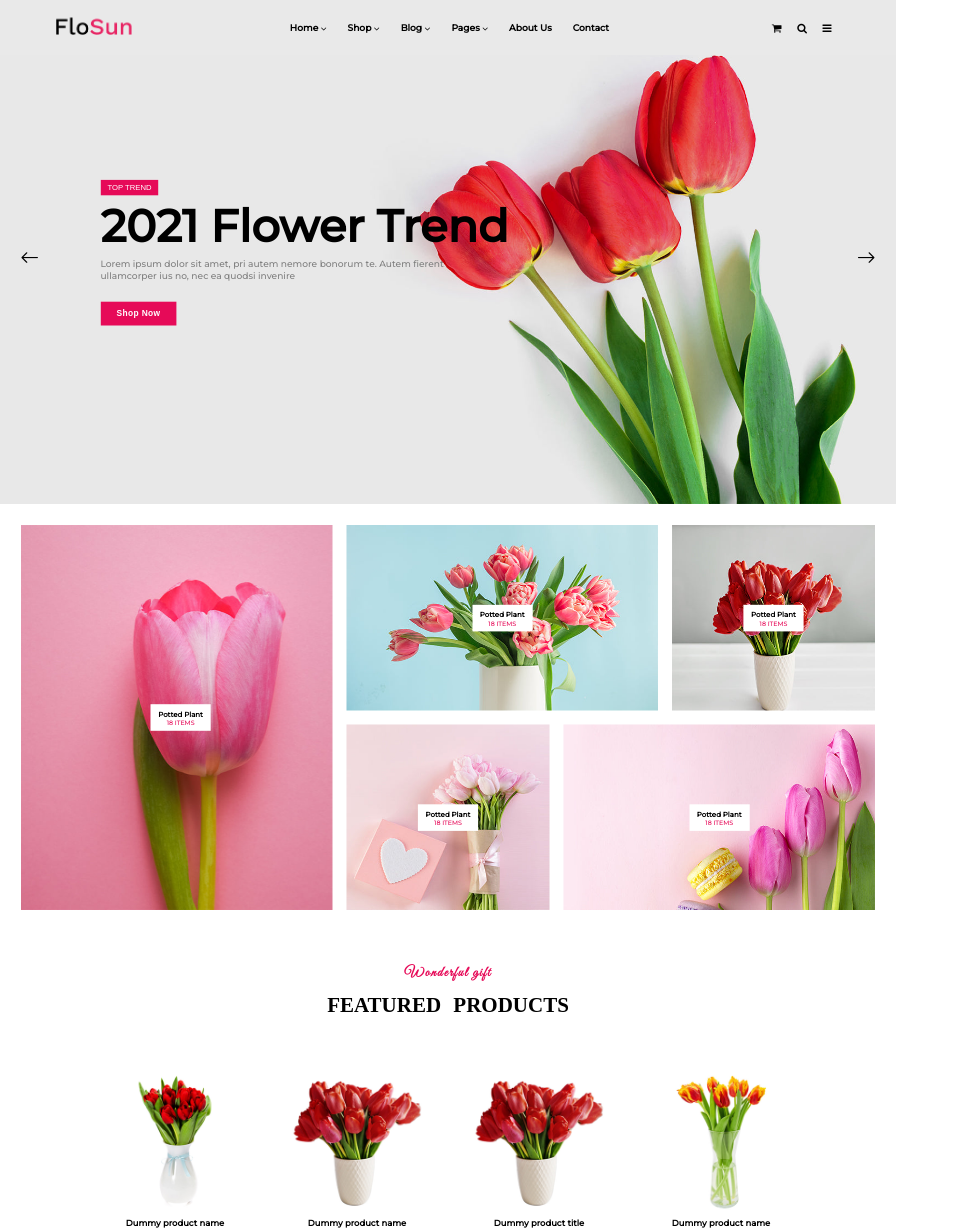
Repository: Yosva36/Front-End-Training
Page: Flower/flowers.html
The author's editor kept a copy of each file at every save. The page is drawn from the files as they stood at one save, then again after the next save.
The browser window is 1280 px wide. The page is 1280 px wide, then 1370 px, so the pictures cover 1370 px, including what lies to the right of the window. The pictures show the part of the page from y = 0 to 1760 px (the page is 6139 px tall), at 70% of full size.
Some web fonts or font styles are not loaded; a fallback is used. Some web libraries are served in a nearby version.

Above is the page before, as saved 2022-11-21 11:17:37.

### Flower/flowers.html
<!DOCTYPE html>
<html lang="en">
  <head>
    <meta charset="UTF-8" />
    <meta http-equiv="X-UA-Compatible" content="IE=edge" />
    <meta name="viewport" content="width=device-width, initial-scale=1.0" />
    <title>Flower</title>
    <link rel="stylesheet" href="flowers.css" />
    <link
      rel="stylesheet"
      href="https://cdnjs.cloudflare.com/ajax/libs/font-awesome/4.7.0/css/font-awesome.min.css"
    />
    <link rel="preconnect" href="https://fonts.googleapis.com" />
    <link rel="preconnect" href="https://fonts.gstatic.com" crossorigin />
    <link
      href="https://fonts.googleapis.com/css2?family=Great+Vibes&family=Josefin+Slab:wght@600&family=Montserrat:wght@500&family=Roboto&family=Slabo+27px&display=swap"
      rel="stylesheet"
    />
    <link
      rel="stylesheet"
      href="https://cdn.jsdelivr.net/npm/bootstrap-icons@1.3.0/font/bootstrap-icons.css"
    />
  </head>
  <body>
    <div class="container">
      <nav class="nav-bar">
        <div class="logo">
          <img src="/Flower/images/flosun.png" alt="logo" />
        </div>
        <div class="list-items">
          <ul class="list-of-sections">
            <li>
              Home
              <i class="fa fa-angle-down" aria-hidden="true"></i>
            </li>
            <li>
              Shop
              <i class="fa fa-angle-down" aria-hidden="true"></i>
            </li>
            <li>
              Blog
              <i class="fa fa-angle-down" aria-hidden="true"></i>
            </li>
            <li>
              Pages
              <i class="fa fa-angle-down" aria-hidden="true"></i>
            </li>
            <li>About Us</li>
            <li>Contact</li>
          </ul>
        </div>
        <div class="icons">
          <button class="cart">
            <i class="fa fa-shopping-cart" aria-hidden="true"></i>
          </button>
          <button class="search">
            <i class="fa fa-search" aria-hidden="true"></i>
          </button>
          <button class="three-bar">
            <i class="fa fa-bars" aria-hidden="true"></i>
          </button>
        </div>
      </nav>
      <div class="sub-container">
        <div class="home-description">
          <i id="left-arrow" class="bi bi-arrow-left"></i>
          <div class="home-content">
            <button class="top-trend-button">TOP TREND</button>
            <h1 class="home-header">2021 Flower Trend</h1>
            <p>
              Lorem ipsum dolor sit amet, pri autem nemore bonorum te. Autem
              fierent<br />
              ullamcorper ius no, nec ea quodsi invenire
            </p>
            <button class="shop-now-button">Shop Now</button>
          </div>
          <i id="right-arrow" class="bi bi-arrow-right"></i>
        </div>
      </div>
      <div class="flowers">
        <div class="rose-potted-plant">
          <div class="count-one">
            <p class="line-one">Potted Plant</p>
            <p class="line-two">18 ITEMS</p>
          </div>
        </div>
        <div class="flower-one">
          <div class="count-two">
            <p class="line-one">Potted Plant</p>
            <p class="line-two">18 ITEMS</p>
          </div>
        </div>
        <div class="flower-two">
          <div class="count-three">
            <p class="line-one">Potted Plant</p>
            <p class="line-two">18 ITEMS</p>
          </div>
        </div>
        <div class="flower-three">
          <div class="count-four">
            <p class="line-one">Potted Plant</p>
            <p class="line-two">18 ITEMS</p>
          </div>
        </div>
        <div class="flower-four">
          <div class="count-five">
            <p class="line-one">Potted Plant</p>
            <p class="line-two">18 ITEMS</p>
          </div>
        </div>
      </div>
      <div class="featured-products">
        <div class="products-header">
          <h6 class="great-vibes">Wonderful gift</h6>
          <h5 class="slab">FEATURED PRODUCTS</h5>
        </div>
        <div class="pots-one">
          <div class="block">
            <img src="/Flower/images/green-roses.jpg" alt="red-rose" />
            <div class="price">
              <span>Dummy product name</span>
              <div class="ratings">
                <i class="fa fa-star-o" aria-hidden="true"></i>
                <i class="fa fa-star-o" aria-hidden="true"></i>
                <i class="fa fa-star-o" aria-hidden="true"></i>
                <i class="fa fa-star-o" aria-hidden="true"></i>
                <i class="fa fa-star-o" aria-hidden="true"></i>
              </div>
              <span>$79.00</span>
            </div>
          </div>
          <div class="block">
            <img src="/Flower/images/rose-pot.jpg" alt="red-roses-offer" />
            <div class="price">
              <span>Dummy product name</span>
              <div class="ratings">
                <i class="fa fa-star" aria-hidden="true"></i>
                <i class="fa fa-star" aria-hidden="true"></i>
                <i class="fa fa-star" aria-hidden="true"></i>
                <i class="fa fa-star" aria-hidden="true"></i>
                <i class="fa fa-star" aria-hidden="true"></i>
              </div>
              <span>$39.00</span>
              <span class="old-price">$60.00</span>
            </div>
          </div>
          <div class="block">
            <img src="/Flower/images/rose-pot.jpg" alt="red-roses" />
            <div class="price">
              <span>Dummy product title</span>
              <div class="ratings">
                <i class="fa fa-star-o" aria-hidden="true"></i>
                <i class="fa fa-star-o" aria-hidden="true"></i>
                <i class="fa fa-star-o" aria-hidden="true"></i>
                <i class="fa fa-star-o" aria-hidden="true"></i>
                <i class="fa fa-star-o" aria-hidden="true"></i>
              </div>
              <span>$29.00</span>
            </div>
          </div>
          <div class="block">
            <img src="/Flower/images/golden-rose.jpg" alt="red-roses" />
            <div class="price">
              <span>Dummy product name</span>
              <div class="ratings">
                <i class="fa fa-star-o" aria-hidden="true"></i>
                <i class="fa fa-star-o" aria-hidden="true"></i>
                <i class="fa fa-star-o" aria-hidden="true"></i>
                <i class="fa fa-star-o" aria-hidden="true"></i>
                <i class="fa fa-star-o" aria-hidden="true"></i>
              </div>
              <span>$29.00</span>
            </div>
          </div>
        </div>
        <div class="pots-two">
          <div class="block">
            <img src="/Flower/images/white-rose.jpg" alt="red-rose" />
            <div class="price">
              <span>Dummy product name</span>
              <div class="ratings">
                <i class="fa fa-star-o" aria-hidden="true"></i>
                <i class="fa fa-star-o" aria-hidden="true"></i>
                <i class="fa fa-star-o" aria-hidden="true"></i>
                <i class="fa fa-star-o" aria-hidden="true"></i>
                <i class="fa fa-star-o" aria-hidden="true"></i>
              </div>
              <span>$19.00</span>
              <span class="old-price">$29.00</span>
            </div>
          </div>
          <div class="block">
            <img src="/Flower/images/big-pot-rose.jpg" alt="red-roses-offer" />
            <div class="price">
              <span>Dummy text for tittle</span>
              <div class="ratings">
                <i class="fa fa-star-o" aria-hidden="true"></i>
                <i class="fa fa-star-o" aria-hidden="true"></i>
                <i class="fa fa-star-o" aria-hidden="true"></i>
                <i class="fa fa-star-o" aria-hidden="true"></i>
                <i class="fa fa-star-o" aria-hidden="true"></i>
              </div>
              <span>$70.00</span>
              <span class="old-price">$85.00</span>
            </div>
          </div>
          <div class="block">
            <img src="/Flower/images/big-pot-rose.jpg" alt="red-roses" />
            <div class="price">
              <span>Dummy product tittle</span>
              <div class="ratings">
                <i class="fa fa-star-o" aria-hidden="true"></i>
                <i class="fa fa-star-o" aria-hidden="true"></i>
                <i class="fa fa-star-o" aria-hidden="true"></i>
                <i class="fa fa-star-o" aria-hidden="true"></i>
                <i class="fa fa-star-o" aria-hidden="true"></i>
              </div>
              <span>$80.00</span>
            </div>
          </div>
          <div class="block">
            <img src="/Flower/images/roses-with-sun.jpg" alt="red-roses" />
            <div class="price">
              <span>Dummy product name</span>
              <div class="ratings">
                <i class="fa fa-star" aria-hidden="true"></i>
                <i class="fa fa-star" aria-hidden="true"></i>
                <i class="fa fa-star" aria-hidden="true"></i>
                <i class="fa fa-star" aria-hidden="true"></i>
                <i class="fa fa-star" aria-hidden="true"></i>
              </div>
              <span>$80.00</span>
            </div>
          </div>
        </div>
        <div class="three-dots">
          <div class="circle-icon">
            <i class="fa fa-circle" aria-hidden="true"></i>
            <i class="fa fa-circle-o" aria-hidden="true"></i>
            <i class="fa fa-circle-o" aria-hidden="true"></i>
          </div>
        </div>
      </div>
      <div class="deal-of-the-day">
        <div class="deal-image">
          <img
            class="deal-image-background"
            src="/Flower/images/pexels-photo-414660.png  "
            alt="background-deal-of-the-day"
          />
          <div class="dod-header">
            <h4>DEAL OF THE DAY</h4>
            <div class="deadline">
              <span class="number">1134 <sub class="signature">Days</sub></span>
              <span class="colon">:</span>
              <span class="number">00 <sub class="signature">Hours</sub></span>
              <span class="colon">:</span>
              <span class="number">35 <sub class="signature">Min</sub></span>
              <span class="colon">:</span>
              <span class="number">54 <sub class="signature">Sec</sub></span>
            </div>
          </div>
          <div class="three-images">
            <div class="duplicate-images">
              <div class="gift">
                <img src="/Flower/images/big-pot-rose.jpg" alt="red-roses" />
                <span class="sale">-18%</span>
                <span class="sale-label">Sale</span>
                <div class="price">
                  <span>Dummy product tittle</span>
                  <div class="ratings">
                    <i class="fa fa-star-o" aria-hidden="true"></i>
                    <i class="fa fa-star-o" aria-hidden="true"></i>
                    <i class="fa fa-star-o" aria-hidden="true"></i>
                    <i class="fa fa-star-o" aria-hidden="true"></i>
                    <i class="fa fa-star-o" aria-hidden="true"></i>
                  </div>
                  <span>$80.00</span>
                  <span class="old-price">$85.00</span>
                </div>
              </div>
              <div class="gift">
                <img src="/Flower/images/green-roses.jpg" alt="red-roses" />
                <div class="price">
                  <span>Dummy product tittle</span>
                  <div class="ratings">
                    <i class="fa fa-star" aria-hidden="true"></i>
                    <i class="fa fa-star" aria-hidden="true"></i>
                    <i class="fa fa-star" aria-hidden="true"></i>
                    <i class="fa fa-star-o" aria-hidden="true"></i>
                    <i class="fa fa-star-o" aria-hidden="true"></i>
                  </div>
                  <span>$80.00</span>
                </div>
              </div>
              <div class="gift">
                <img src="/Flower/images/rose-pot.jpg" alt="red-roses" />
                <span class="sale">-8%</span>
                <span class="sale-label">Sale</span>
                <div class="price">
                  <span>Dummy product tittle</span>
                  <div class="ratings">
                    <i class="fa fa-star" aria-hidden="true"></i>
                    <i class="fa fa-star" aria-hidden="true"></i>
                    <i class="fa fa-star" aria-hidden="true"></i>
                    <i class="fa fa-star" aria-hidden="true"></i>
                    <i class="fa fa-star" aria-hidden="true"></i>
                  </div>
                  <span>$80.00</span>
                  <span class="old-price">$85.00</span>
                </div>
              </div>
            </div>
          </div>
        </div>
        <div class="five-dots">
          <div class="circle-icon">
            <i class="fa fa-circle" aria-hidden="true"></i>
            <i class="fa fa-circle-o" aria-hidden="true"></i>
            <i class="fa fa-circle-o" aria-hidden="true"></i>
            <i class="fa fa-circle-o" aria-hidden="true"></i>
            <i class="fa fa-circle-o" aria-hidden="true"></i>
            <i class="fa fa-circle-o" aria-hidden="true"></i>
          </div>
        </div>
      </div>
      <div class="history">
        <div class="history-content">
          <p class="story-line">A little Story About me</p>
          <h2>Our History</h2>
          <p class="hulk">
            Captain America:Civil War Christoper Markus and Stephen McFeely
            see<br />
            the Hulk as the game over moment.
          </p>
          <p class="lorem">
            Lorem ipsum dolor sit amet consectetur adipisicing elit. Repudiandae
            vitae reprehenderit eum<br />
            morem ipsum dolor sit amet consectetur adipisicing elit. Aut ad iste
            quod vitae voluptate.<br />
            torem ipsum dolor sit amet consectetur adipisicing elit. Saepe
            doloribus a in nisi illo.<br />
            dolor sit amet consectetur adipisicing elit. Doloremque nesciunt
            necessitatibus eaque ea ad<br />
            eorem ipsum dolor sit.
          </p>
        </div>
        <div class="offer-pots">
          <div class="big-red-rose">
            <img src="/Flower/images/big-red-rose.jpg" alt="red-rose" />
          </div>
          <div class="red-tulip">
            <img src="/Flower/images/red-tulip.jpg" alt="red-rose" />
          </div>
          <div class="tulip-flower">
            <img src="/Flower/images/red-tulip.jpg" alt="red-rose" />
          </div>
        </div>
      </div>
      <div class="news-letter">
        <div class="letter-container">
          <div class="we-love-clients">
            <p class="story-line">We Love Our Clients</p>
            <h2>WHAT THEY'RE SAYING</h2>
          </div>
          <div class="person-image">
            <img src="/Flower/images/woman.jpg" alt="person-image" />
          </div>
          <div class="letter-content">
            <p>
              Lorem ipsum dolor sit amet consectetur adipisicing elit. Possimus
              accusantium neque dolorum<br />
              eorem ipsum dolor sit amet consectetur adipisicing elit. Officiis
              provident tempora exercitationem<br />
              porem ipsum dolor sit amet consectetur adipisicing elit. Magni
              unde rem cum<br />
              worem
            </p>
            <span class="person-name"> Katherine Sullivan </span>
            <span class="customer">- Customer</span>
          </div>
        </div>
        <div class="email">
          <div class="send-news-letter">
            <h2>SEND NEWSLETTER</h2>
            <p>
              Enter your email address For our Mailing List To Keep Your Self
              Update
            </p>
          </div>
          <div class="email-blank">
            <input class="email-input" placeholder="email@example.com" />
            <button class="sub-button">Subscribe</button>
          </div>
        </div>
      </div>
      <div class="latest-posts">
        <div class="latest-post-header">
          <p class="blog">From The Blogs</p>
          <h2>OUR LATEST POSTS</h2>
        </div>
        <div class="post-images">
          <div class="post">
            <img src="/Flower/images/lotus.jpg" alt="flower-image" />
            <div class="post-content">
              <h4>
                It is a long established fact<br />
                that a reader will
              </h4>
              <span class="by">By Flosun Flower</span>
              <span class="date">May,08,21</span>
              <p class="post-description">
                Lorem ipsum dolor sit amet consectetur eorem ipv dolor sit amet
                tas cotetut eorem ipsum do gwh sit amet cosectetur torem ipsum
                dolor sit amet cnsectetur
              </p>
              <span class="read-more">
                Read more
                <i class="fa fa-long-arrow-right" aria-hidden="true"></i>
              </span>
            </div>
          </div>
          <div class="post">
            <img src="/Flower/images/white-roses-pot.jpg" alt="flower-image" />
            <div class="post-content">
              <h4>
                It is a long established fact<br />
                that a reader will
              </h4>
              <span class="by">By Flosun Flower</span>
              <span class="date">May,08,21</span>
              <p class="post-description">
                Lorem ipsum dolor sit amet consectetur eorem ipv dolor sit amet
                tas cotetut eorem ipsum do gwh sit amet cosectetur torem ipsum
                dolor sit amet cnsectetur
              </p>
              <span class="read-more">
                Read more
                <i class="fa fa-long-arrow-right" aria-hidden="true"></i>
              </span>
            </div>
          </div>
          <div class="post">
            <img src="/Flower/images/simple-roses.jpg" alt="flower-image" />
            <div class="post-content">
              <h4>
                It is a long established fact<br />
                that a reader will
              </h4>
              <span class="by">By Flosun Flower</span>
              <span class="date">May,08,21</span>
              <p class="post-description">
                Lorem ipsum dolor sit amet consectetur eorem ipv dolor sit amet
                tas cotetut eorem ipsum do gwh sit amet cosectetur torem ipsum
                dolor sit amet cnsectetur
              </p>
              <span class="read-more">
                Read more
                <i class="fa fa-long-arrow-right" aria-hidden="true"></i>
              </span>
            </div>
          </div>
        </div>
      </div>
      <div class="footer">
        <div class="brands">
          <div class="brand-logos">
            <img src="/Flower/images/hat-bill.png" alt="hat-bill" />
            <img src="/Flower/images/vintage.png" alt="vintage" />
            <img src="/Flower/images/hd.png" alt="harly-davidson" />
            <img src="/Flower/images/vintage-two.png" alt="vintage" />
            <img src="/Flower/images/gillette.png" alt="gillette" />
          </div>
        </div>
        <div class="info">
          <div class="list-of-info">
            <div class="information">
              <img src="/Flower/images/company-logo.png" alt="comapany-logo" />
              <p class="footer-text">
                Lorem, ipsum dolor sit amet consectetur adipi<br />
                aut accusamus voluptatem omnis dolori srem,<br />
                suscipit illo ipsam sunt sit velit.it Bland.
              </p>
              <span>
                <button>
                  <i class="fa fa-facebook" aria-hidden="true"></i>
                </button>
                <button>
                  <i class="fa fa-twitter" aria-hidden="true"></i>
                </button>
                <button>
                  <i class="fa fa-linkedin" aria-hidden="true"></i>
                </button>
                <button>
                  <i class="fa fa-youtube" aria-hidden="true"></i>
                </button>
                <button><i class="fa fa-vimeo" aria-hidden="true"></i></button>
              </span>
            </div>
            <div class="information">
              <h2>Information</h2>
              <p>Our Comapny</p>
              <p>Contact Us</p>
              <p>Our Services</p>
              <p>Why We?</p>
              <p>Careers</p>
            </div>
            <div class="information">
              <h2>Quicklink</h2>
              <p>About</p>
              <p>Blog</p>
              <p>Shop</p>
              <p>Cart</p>
              <p>Contact</p>
            </div>
            <div class="information">
              <h2>Support</h2>
              <p>Online Support</p>
              <p>Shipping Policy</p>
              <p>Return Policy</p>
              <p>Privacy Policy</p>
              <p>Terms of Service</p>
            </div>
            <div class="information">
              <h2>See Information</h2>
              <p>123, ABC, Road##, Main City, Your</p>
              <p>address goes here</p>
              <p>Phone: 7339 225 972</p>
              <p>Email: yosuva.rv@gmail.com</p>
            </div>
          </div>
        </div>
        <div class="copy-rights">
          <div class="copy-right-content">
            <span class="normal"
              >Copyright <i class="fa fa-copyright" aria-hidden="true"></i> 2021
            </span>
            <span class="highlight">HasThemes</span>
            <span class="normal">I Built with</span>
            <span class="highlight">Flosun</span>
            <span class="normal">by</span>
            <span class="highlight">HasThemes.</span>
          </div>
        </div>
      </div>
    </div>
  </body>
</html>

Loaded but not shown: Flower/flowers.css (783 lines, source omitted)

After the next save:
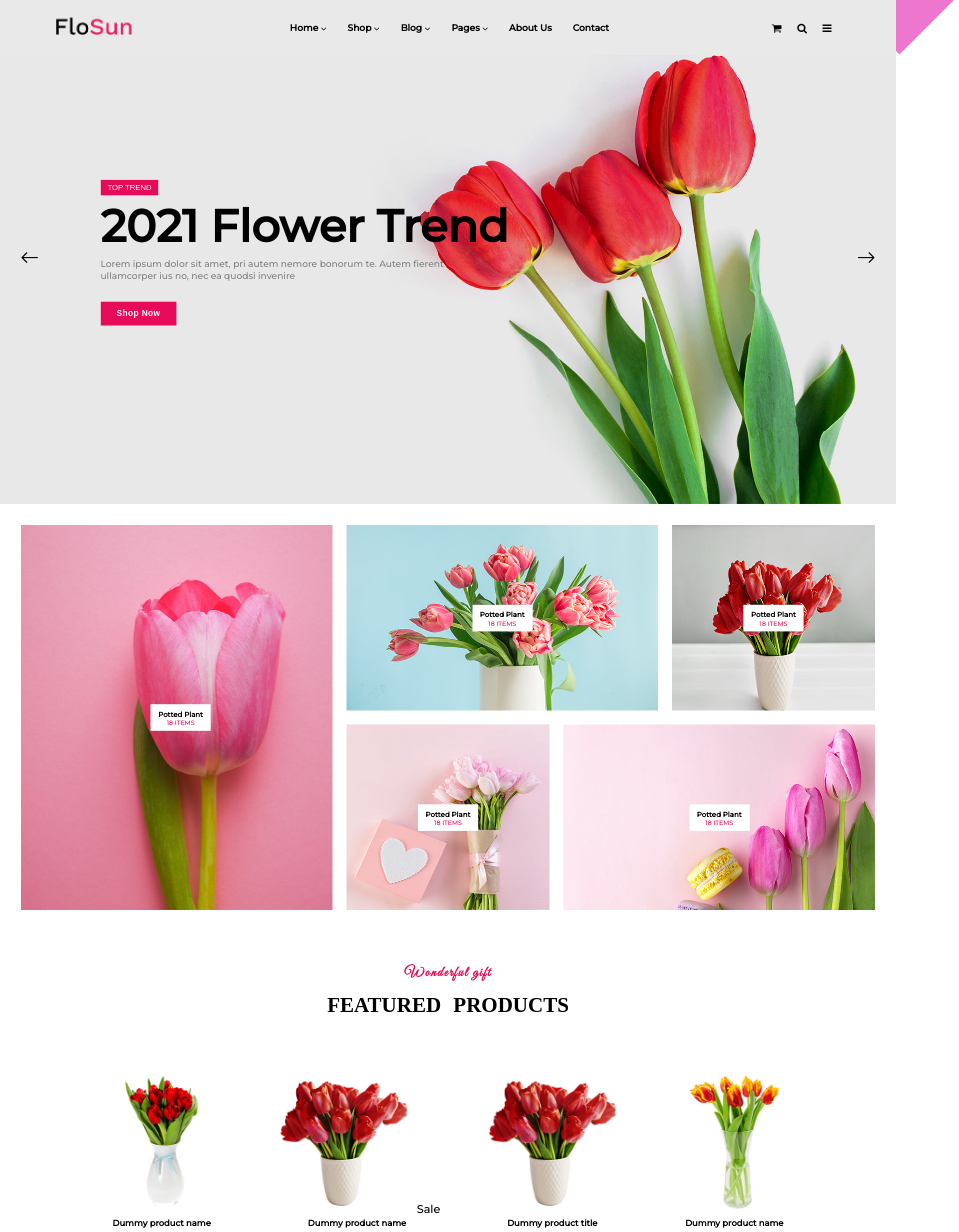
Saved 7 min 53 s later.
--- a/Flower/flowers.html
+++ b/Flower/flowers.html
@@ -131,6 +131,8 @@
           </div>
           <div class="block">
             <img src="/Flower/images/rose-pot.jpg" alt="red-roses-offer" />
+            <span class="sale">-18%</span>
+                <span class="sale-label">Sale</span>
             <div class="price">
               <span>Dummy product name</span>
               <div class="ratings">
@@ -295,7 +297,7 @@
               </div>
               <div class="gift">
                 <img src="/Flower/images/rose-pot.jpg" alt="red-roses" />
-                <span class="sale">-8%</span>
+                <span class="sale">-35%</span>
                 <span class="sale-label">Sale</span>
                 <div class="price">
                   <span>Dummy product tittle</span>
